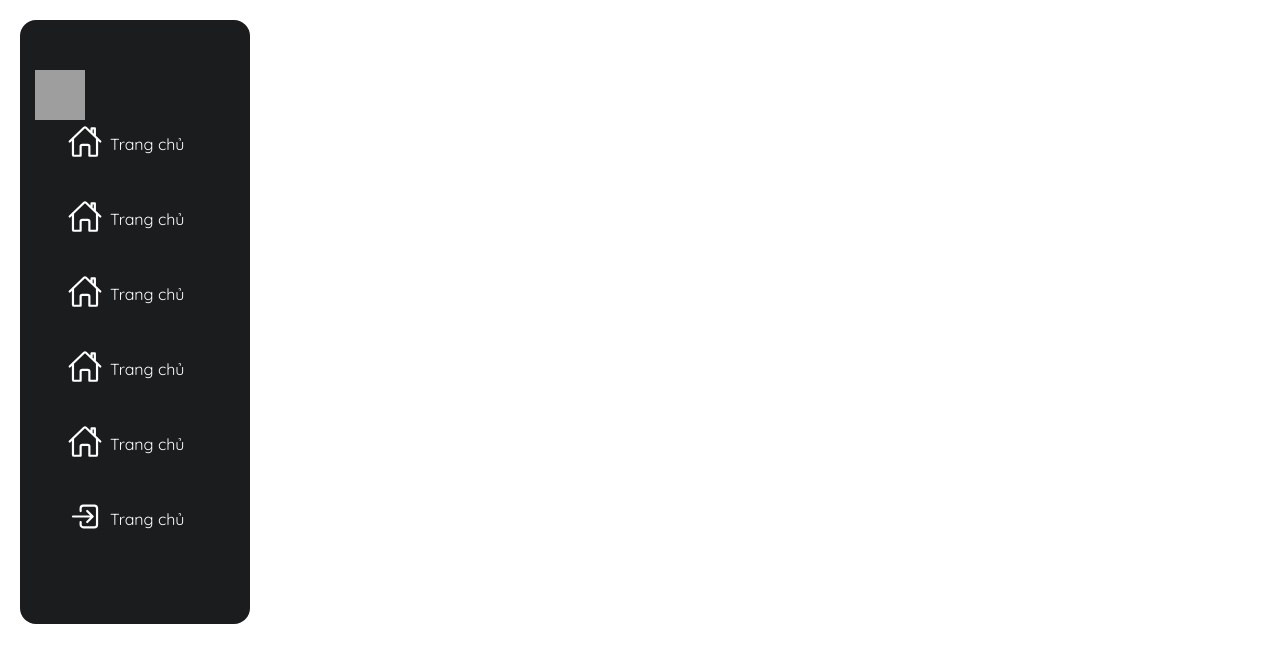
Repository: Fuocmanh/demo
Page: site/nav.html
The author's editor kept a copy of each file at every save. The page is drawn from the files as they stood at one save, then again after a run of saves.
The browser window is 1280 px wide. The pictures show the whole page.
Pictures or frames that could not be fetched are drawn as grey boxes.

Above is the page before, as saved 2022-12-30 12:21:29.

### site/nav.html
<!DOCTYPE html>
<html lang="en">

<head>
    <meta charset="UTF-8">
    <meta name="viewport" content="width=device-width, initial-scale=1" />
    <link rel="stylesheet" href="../css/style.css">
    <script type="module" src="https://unpkg.com/ionicons@5.5.2/dist/ionicons/ionicons.esm.js"></script>
    <script nomodule src="https://unpkg.com/ionicons@5.5.2/dist/ionicons/ionicons.js"></script>
</head>

<body class="box">
    <div class="sidebar">
        <a href="#" class="logo">
            <img src="https://i.pinimg.com/550x/dd/6d/22/dd6d2277032c5f365dd3149d45b3a820.jpg" alt="" class="logo-image" />
        </a>
        <nav>
            <ul class="menu">
                <li class="menu-item">
                    <a href="#" class="menu-link">
                        <ion-icon name="home-outline"></ion-icon>
                        <span>Trang chủ</span>
                    </a>
                </li>
                <li class="menu-item">
                    <a href="#" class="menu-link">
                        <ion-icon name="home-outline"></ion-icon>
                        <span>Trang chủ</span>
                    </a>
                </li>
                <li class="menu-item">
                    <a href="#" class="menu-link">
                        <ion-icon name="home-outline"></ion-icon>
                        <span>Trang chủ</span>

                    </a>
                </li>
                <li class="menu-item">
                    <a href="#" class="menu-link">
                        <ion-icon name="home-outline"></ion-icon>
                        <span>Trang chủ</span>
                    </a>
                </li>
                <li class="menu-item">
                    <a href="#" class="menu-link">
                        <ion-icon name="home-outline"></ion-icon>
                        <span>Trang chủ</span>
                    </a>
                </li>
                <li class="menu-item">
                    <a href="#" class="menu-link">
                        <ion-icon name="log-in-outline"></ion-icon>
                        <span>Trang chủ</span>
                    </a>
                </li>
            </ul>
        </nav>

        <!-- <div class="">
            <a href="#!"><ion-icon name="log-in-outline"></ion-icon></a>
        </div> -->
    </div>
    <script src="../js/style.js"></script>
</body>

</html>

### css/style.css
@import url('https://fonts.googleapis.com/css2?family=Quicksand:wght@300;400;500;600;700&display=swap');

html {
    font-family: 'Quicksand', sans-serif;
}

* {
    /* font-size: 18px; */
    width: 100%;
    margin: 0px;
    padding: 0px;
    box-sizing: border-box;
}

body {
    padding: 20px;
}

.sidebar {
    background-color: #1A1C1E;
    width: max-content;
    height: 100%;
    padding: 50px 15px;
    border-radius: 16px;
}

ion-icon {
    font-size: 35px;
    color: #FFFFFF;
}

.logo{
    width: 100%;
    height: 50px;
    di
}
.logo-image{
    width: 50px;
    height: 50px;
}
.menu {
    width: 200px;
    height: 80%;
}


li {
    display: flex;
    align-items: center;
    justify-content: center;
  margin-bottom: 40px;
}

.menu-link {
    display: flex;
    color: #FFFFFF;
    list-style: none;
    text-decoration: none;
}

.menu-link span {
    transform: translate(-25px, 10px);
}

### js/style.js
var nav = document.getElementById('nav');
function hideShowNav(){
    display=nav.style.display ;
    display=='none'?nav.style.display ='block':nav.style.display ='none';
    // nav.style.opacity='1';
}
// function onchane(){
//     let width = document.getElementsByClassName('.box').style.width='50%';
// console.log(width);
// }

After the next 4 saves:
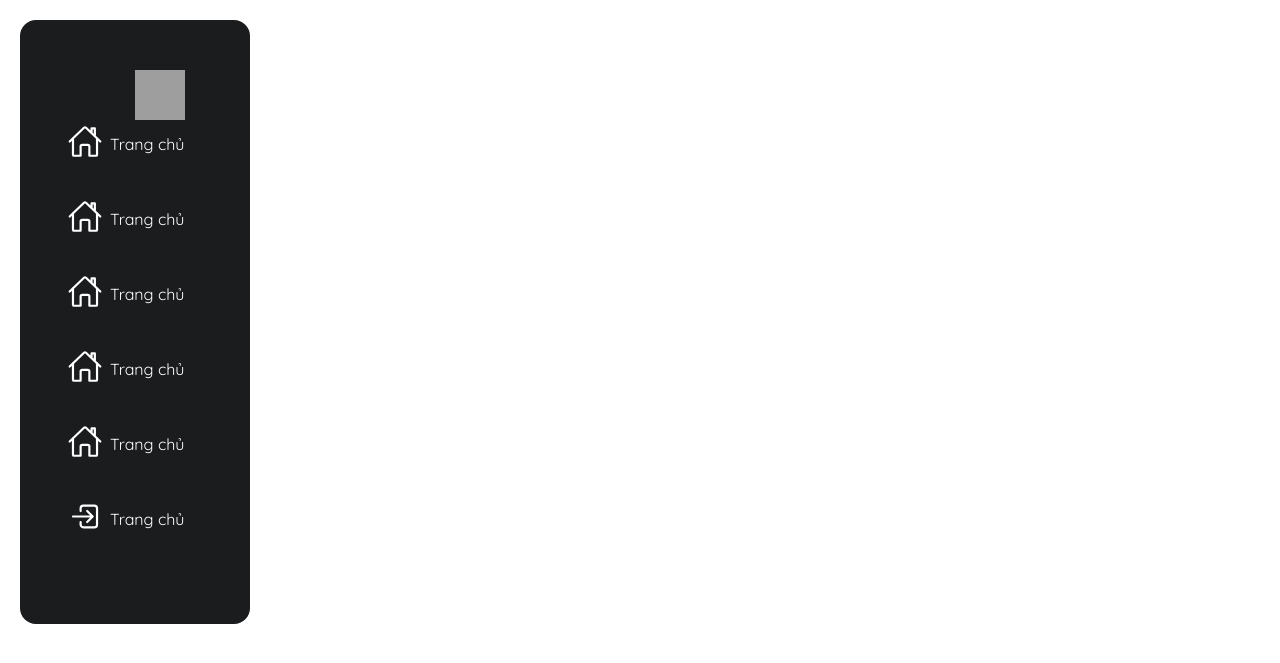
The 4 saves are shown as one change because they came seconds apart.
The last was saved 15 s later.
--- a/css/style.css
+++ b/css/style.css
@@ -32,9 +32,10 @@ ion-icon {
 .logo{
     width: 100%;
     height: 50px;
-    di
+
 }
 .logo-image{
+    margin: 0 50%;
     width: 50px;
     height: 50px;
 }
